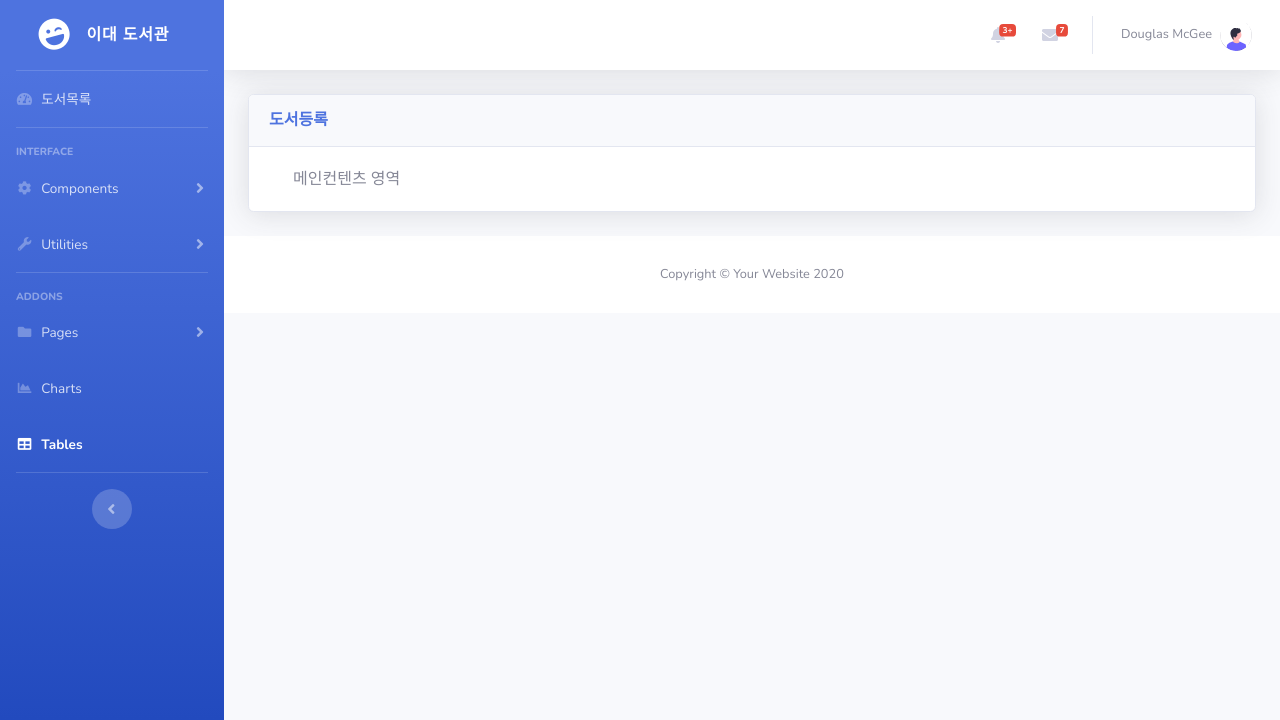
Repository: allely/spring
Page: http://localhost/jsp/book/reg.jsp
The author's editor kept a copy of each file at every save. The page is drawn from the files as they stood at one save, then again after the next save.
The browser window is 1280 px wide. The pictures show the whole page.
The page is served by Tomcat 9.

Above is the page before, as saved 2023-11-27 01:35:03.

After the next save:
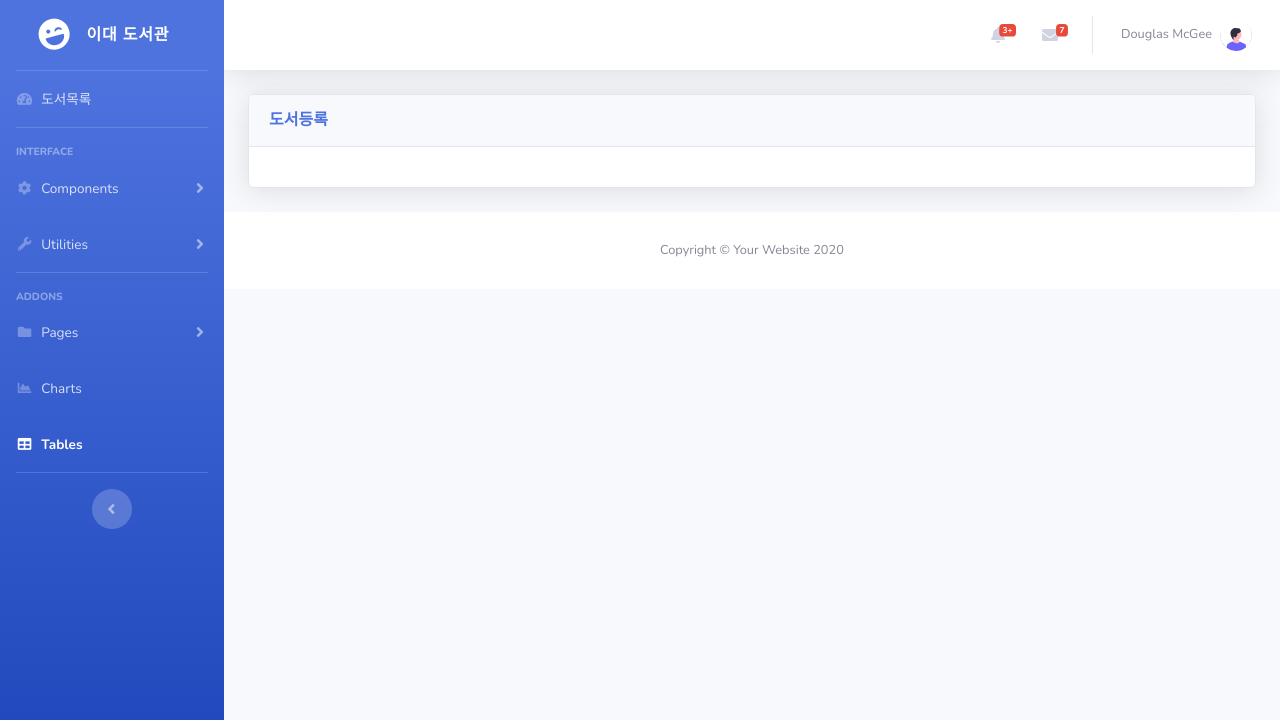
Saved 14 s later.
--- a/2. 서블릿 & JSP/jsp/jsp/src/main/webapp/book/reg.jsp
+++ b/2. 서블릿 & JSP/jsp/jsp/src/main/webapp/book/reg.jsp
@@ -17,9 +17,7 @@
 					<h6 class="m-0 font-weight-bold text-primary">도서등록</h6>
 				</div>
 				<div class="card-body">
-				<div class="container-fluid">
-					메인컨텐츠 영역
-				</div>
+
 				</div>
 				</div>
 			</div>

After the save that followed:
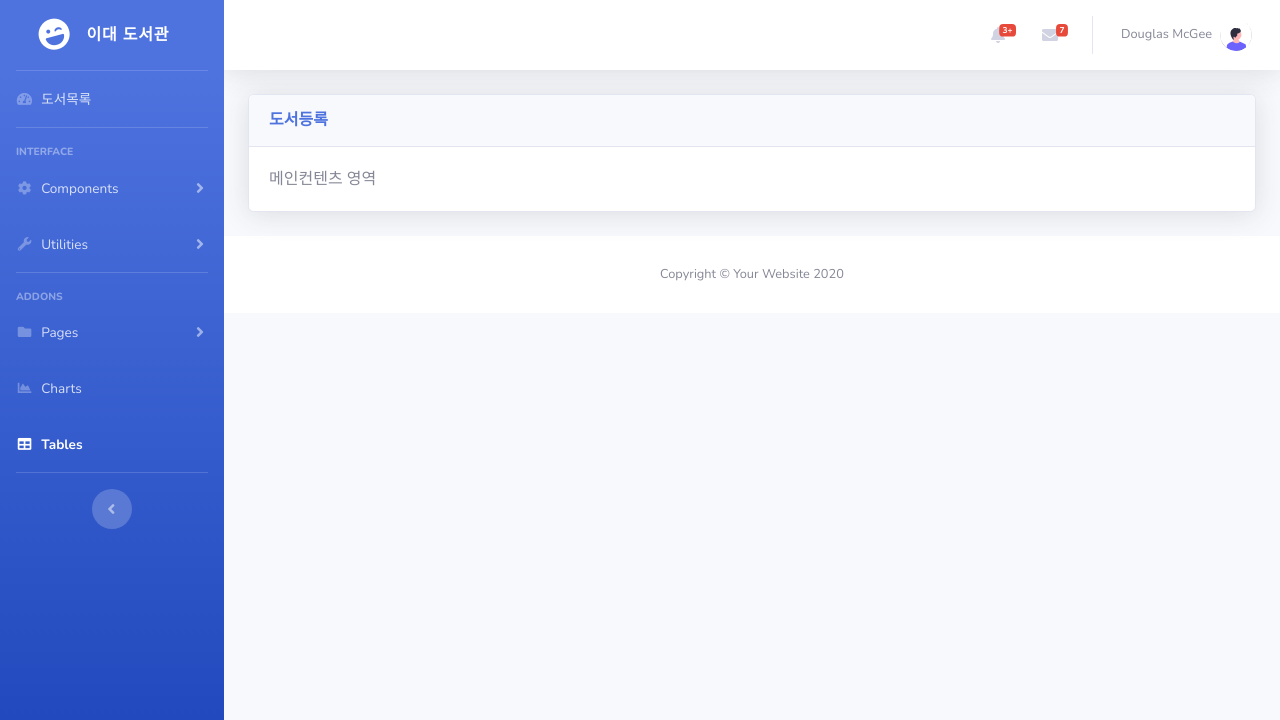
Saved 20 s later.
--- a/2. 서블릿 & JSP/jsp/jsp/src/main/webapp/book/reg.jsp
+++ b/2. 서블릿 & JSP/jsp/jsp/src/main/webapp/book/reg.jsp
@@ -17,7 +17,7 @@
 					<h6 class="m-0 font-weight-bold text-primary">도서등록</h6>
 				</div>
 				<div class="card-body">
-
+				메인컨텐츠 영역
 				</div>
 				</div>
 			</div>
